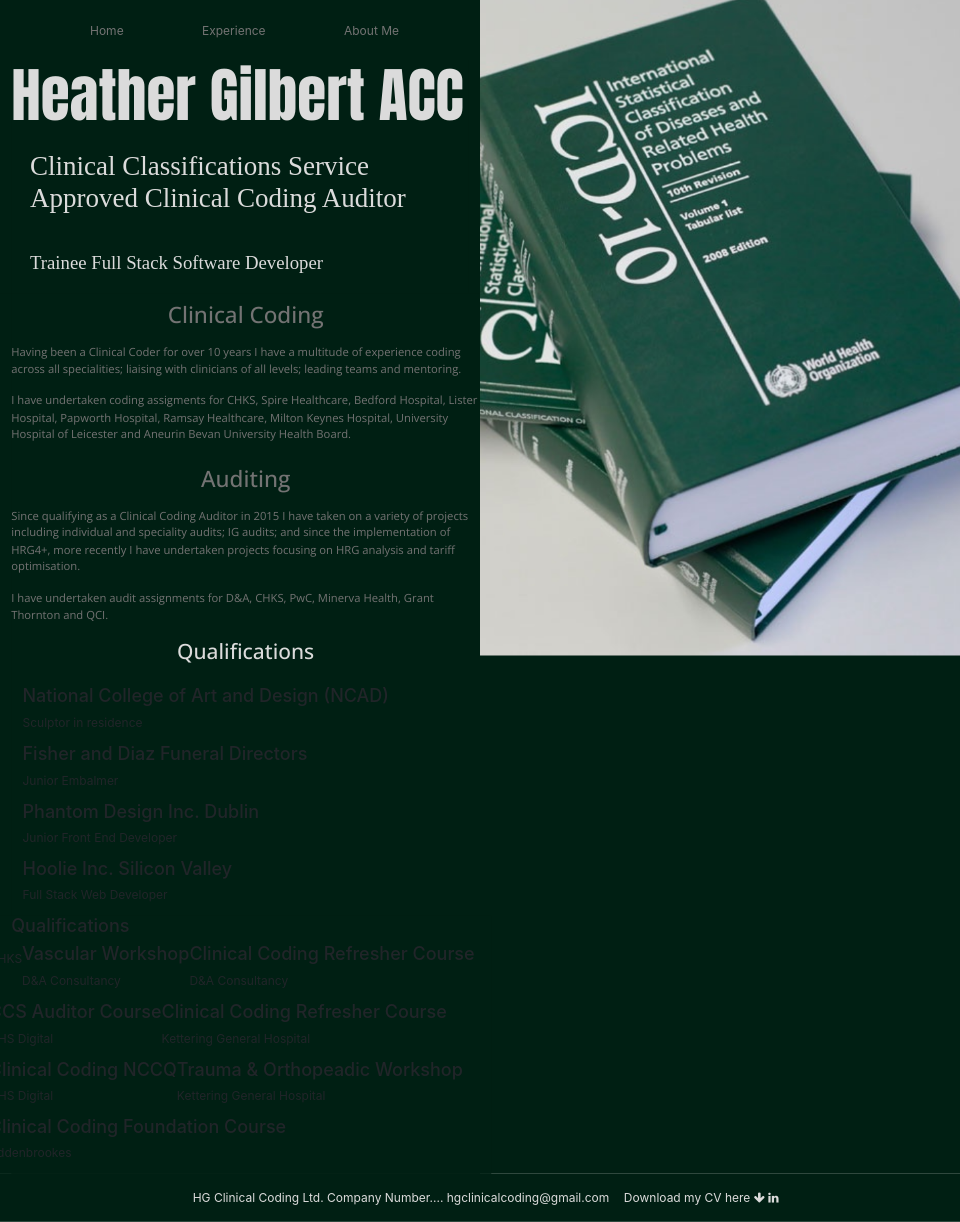
Repository: Code-Institute-Submissions/fsd-ms-project1-resume
Page: resume.html
The author's editor kept a record of every edit. The page is drawn from the files as they stood at one moment, then again after the next edit.
The browser window is 1280 px wide. The pictures show the whole page, at 75% of full size.
Some web fonts or font styles are not loaded; a fallback is used.

Above is the page before.

After the next edit:
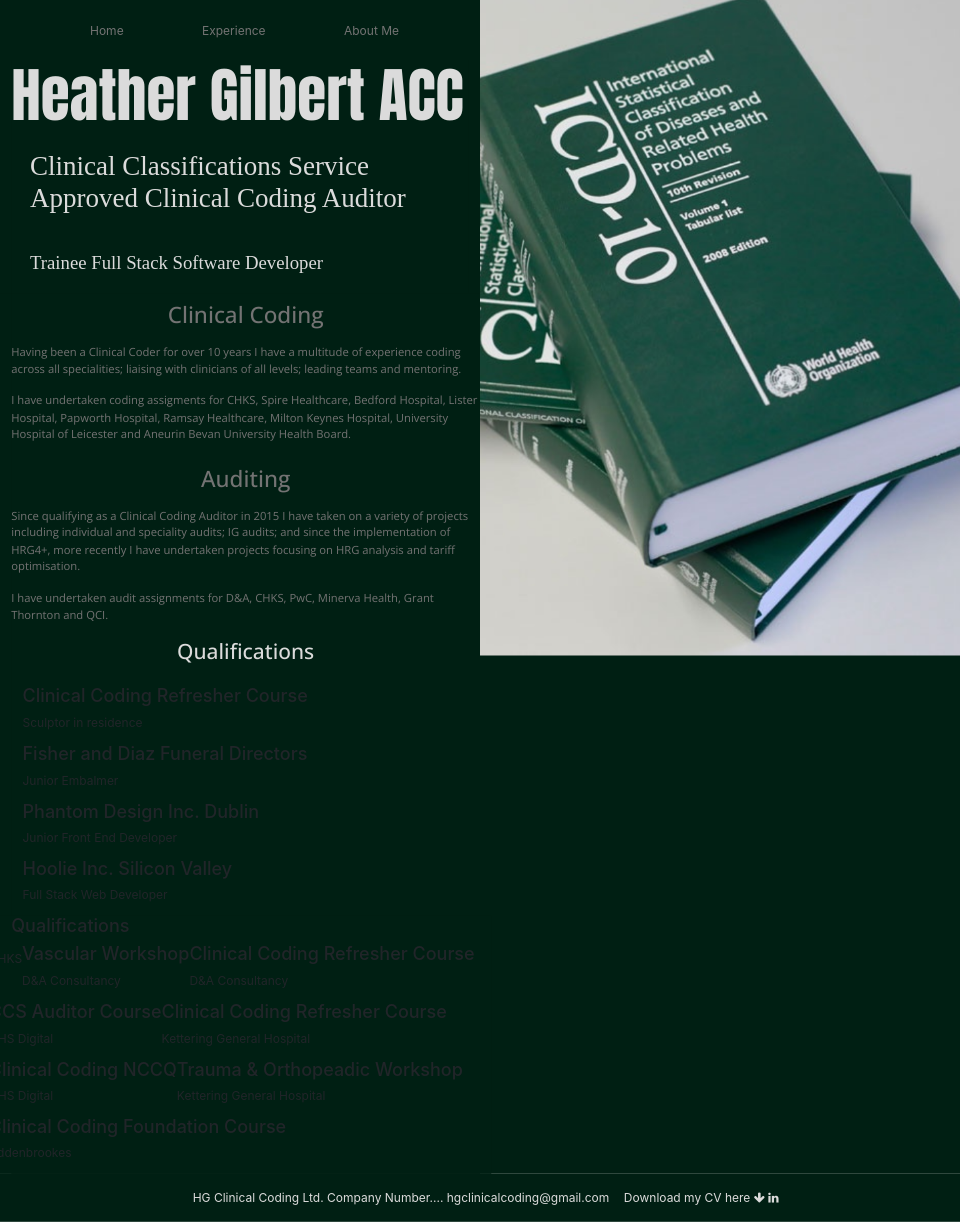
The edit:
--- a/resume.html
+++ b/resume.html
@@ -66,7 +66,7 @@
                     </div>
                     <div class="history-items">
                         <div class="timeline-item" data-dates="May 2019">
-                            <h4>National College of Art and Design (NCAD)</h4>
+                            <h4>Clinical Coding Refresher Course</h4>
                             <p>Sculptor in residence</p>
                         </div>
                         <div class="timeline-item" data-dates="04/2004 - 06/2008">
